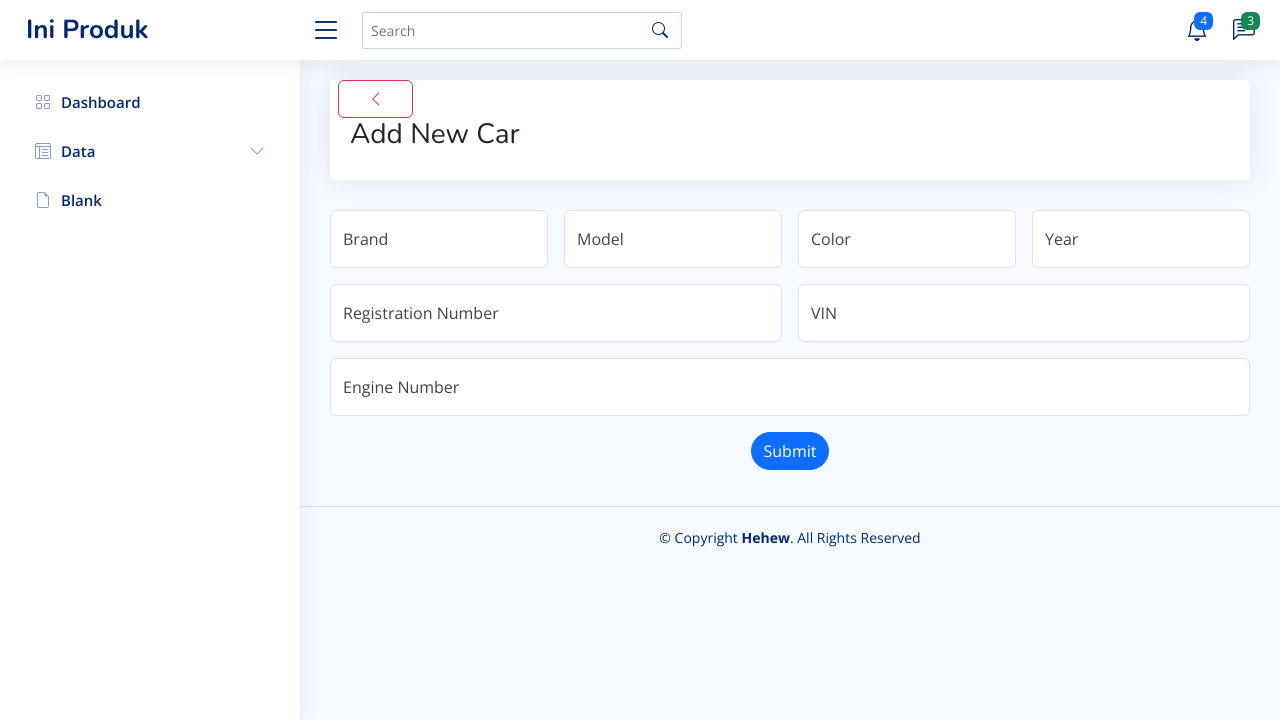
Repository: Jistoper/car_rental
Page: http://localhost/create
An editor plug-in stored every save of this project. The page is shown before and after the next save, followed by the edit.
The browser window is 1280 px wide. The pictures show the whole page.
The page is served by the project's Laravel application, run on PHP 8.4 with Laravel 9.

Above is the page before, as saved 2023-06-25 15:17:15.

After the next save:
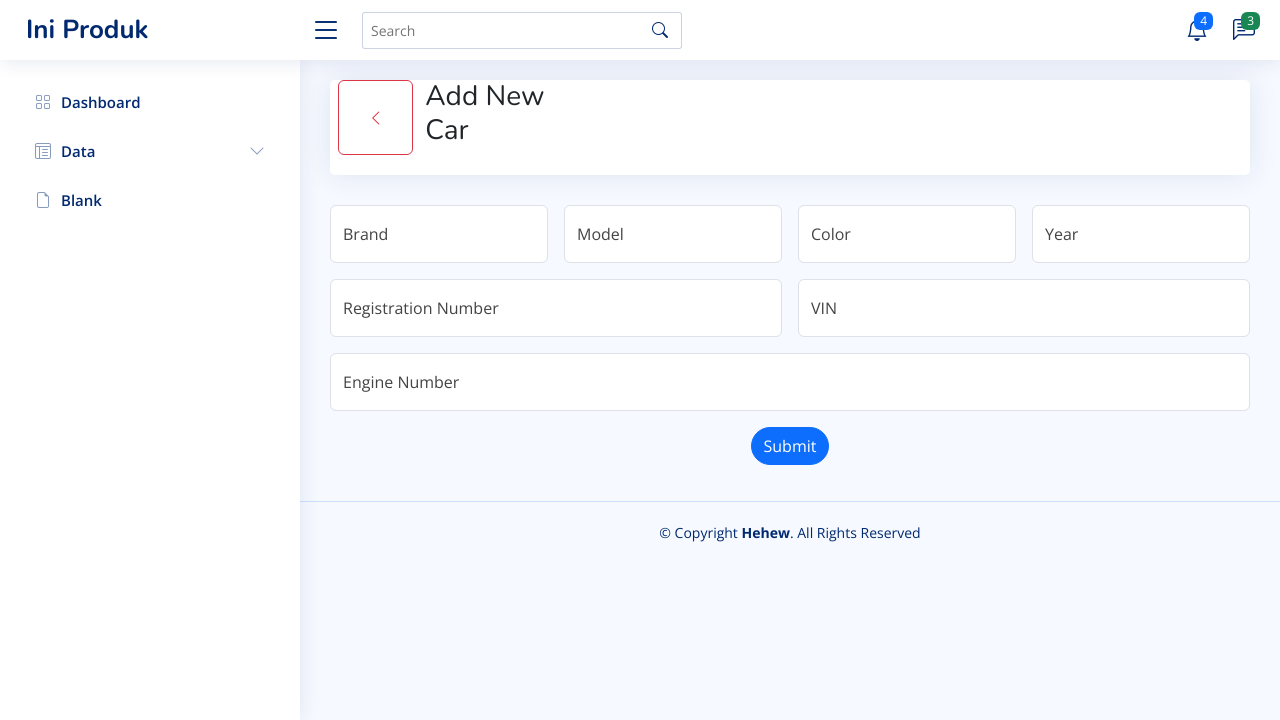
Saved 11 s later.
--- a/resources/views/backsite/content/car/createcar.blade.php
+++ b/resources/views/backsite/content/car/createcar.blade.php
@@ -6,7 +6,7 @@
     <div class="card">
       <div class="card-body row">
         <button type="button" href="{{ route('car.getall') }}" class="btn btn-outline-danger bi-chevron-left col-md-1"></button>
-        <h3>Add New Car</h3>
+        <h3 class="col-md-2">Add New Car</h3>
       </div>
     </div>
     <form action="{{ route('car.store') }}" method="POST" class="row g-3">
